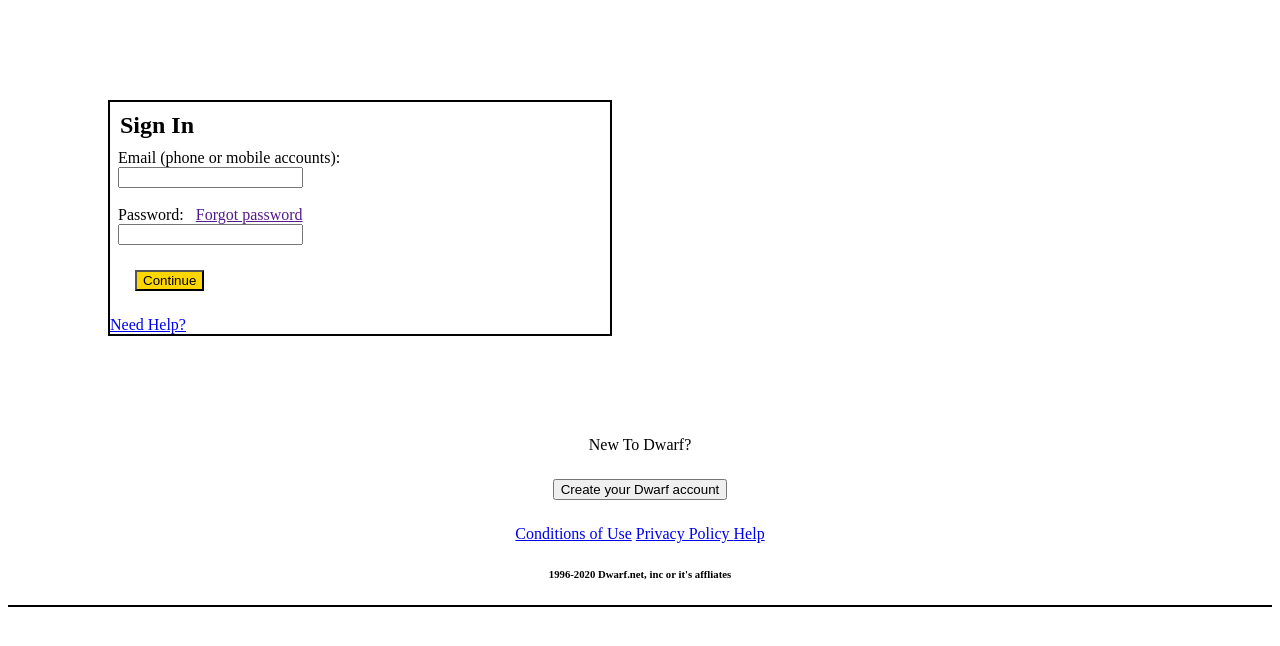
Repository: brittmarie333/replica
Page: index.html
The author's editor kept a copy of each file at every save. The page is drawn from the files as they stood at one save, then again after the next save.
The browser window is 1280 px wide. The pictures show the whole page.

Above is the page before, as saved 2024-06-09 14:09:24.

After the next save:
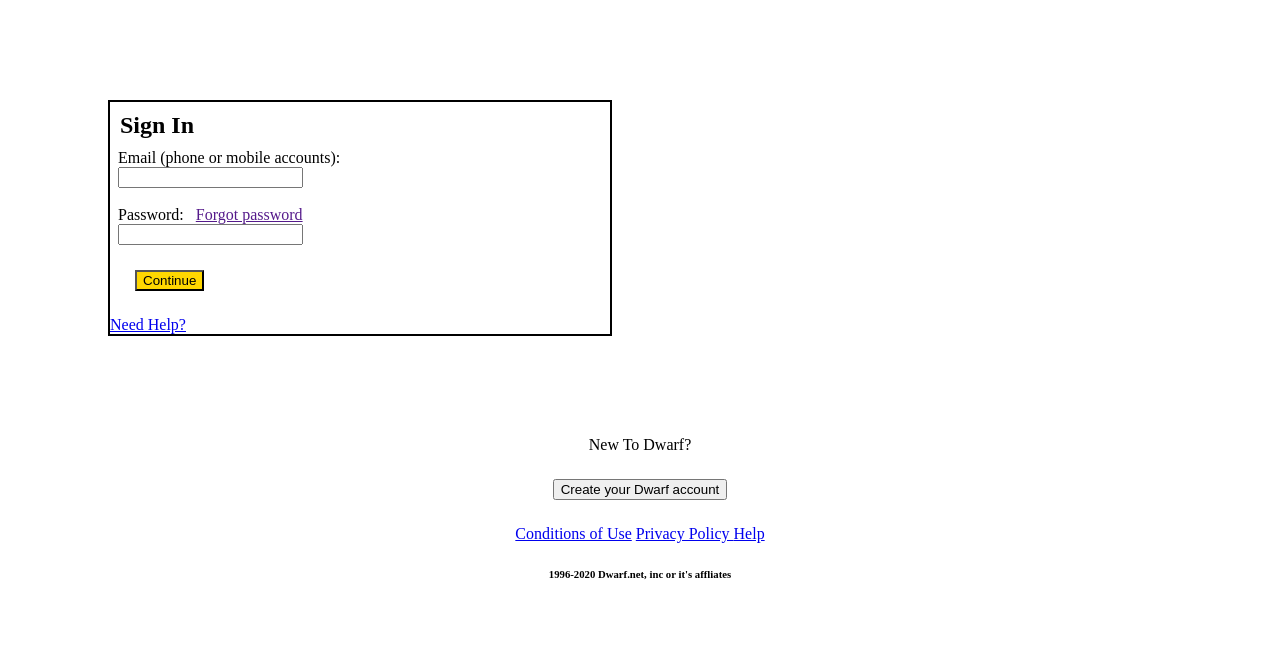
Saved 6 s later.
--- a/index.css
+++ b/index.css
@@ -5,7 +5,7 @@
 
 body {
     text-align: center;
-    border-bottom: 2px solid black;
+    border-: 2px solid black;
     align-items: center;
 }
 form{

After the save that followed:
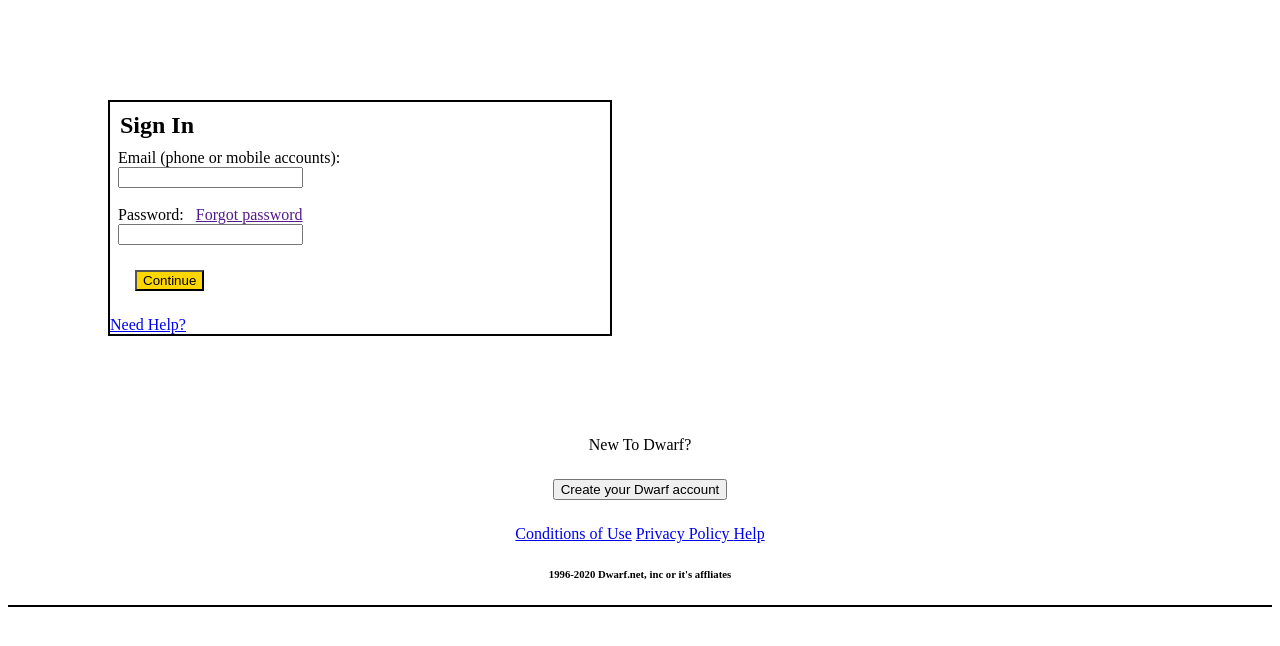
Saved 34 s later.
--- a/index.css
+++ b/index.css
@@ -5,7 +5,7 @@
 
 body {
     text-align: center;
-    border-: 2px solid black;
+    border-bottom: 2px solid black;
     align-items: center;
 }
 form{
